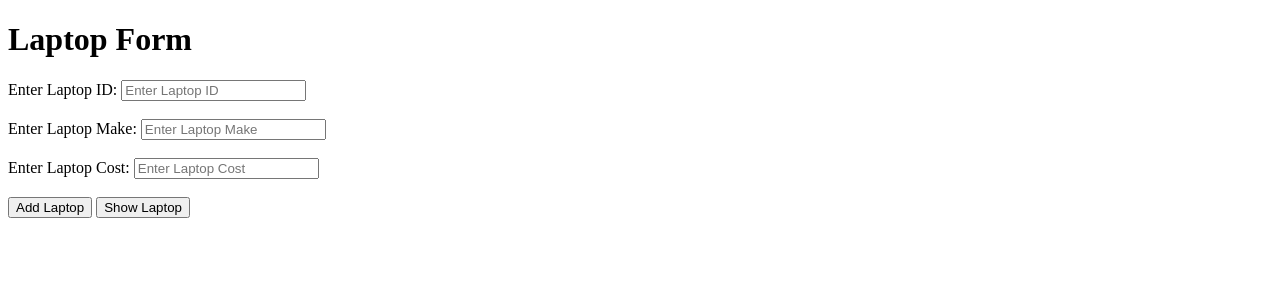
Repository: satvikagrasani/Spring-WorkSpace
Page: SpringMVC/WebAppDemo/AssignmentApp/src/main/webapp/index.html
An editor plug-in stored every save of this project. The page is shown before and after the next save, followed by the edit.
The browser window is 1280 px wide. The pictures show the whole page.

Above is the page before, as saved 2023-08-21 17:16:34.

After the next save:
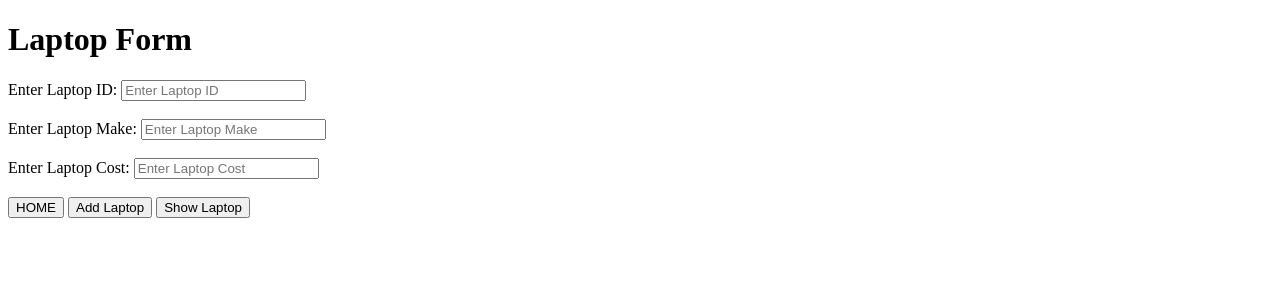
Saved 10 h 37 min later.
--- a/SpringMVC/WebAppDemo/AssignmentApp/src/main/webapp/index.html
+++ b/SpringMVC/WebAppDemo/AssignmentApp/src/main/webapp/index.html
@@ -12,6 +12,7 @@
 		Enter Laptop ID: <input type="number" name="ID" placeholder="Enter Laptop ID" /><br><br>
 		Enter Laptop Make: <input type="text" name="Make" placeholder="Enter Laptop Make"/><br><br>
 		Enter Laptop Cost: <input type="number" name="Cost" placeholder="Enter Laptop Cost"/><br><br>
+		<button onclick="window.location.href = 'add';">HOME</button>
 		<input type="submit" value="Add Laptop"/>
 		<input type="button" value="Show Laptop"/>
 	</form>
